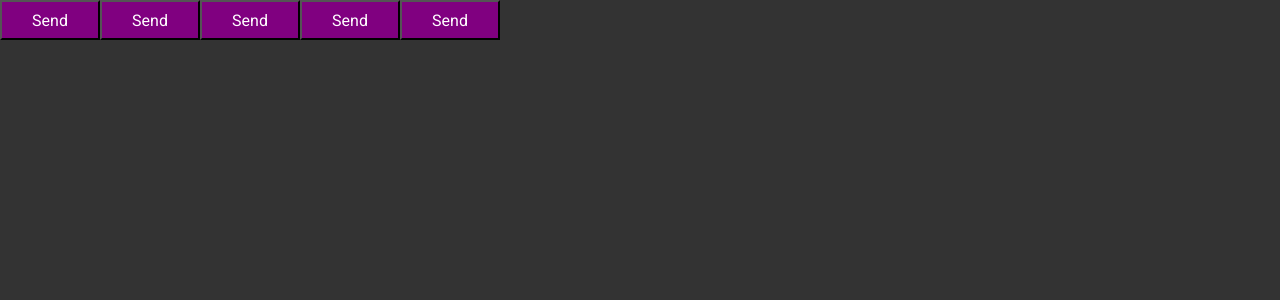
Repository: JoseGu1llardi/ignite-timer
Page: /
An editor plug-in stored every save of this project. The page is shown before and after the next save, followed by the edit.
The browser window is 1280 px wide. The pictures show the whole page.
The project was rebuilt for these pictures with package versions that can differ from the ones it lists, and the page was loaded fresh each time. Also part of the build but not shown: vite.config.ts.

Above is the page before, as saved 2023-03-17 22:01:41.

After the next save:
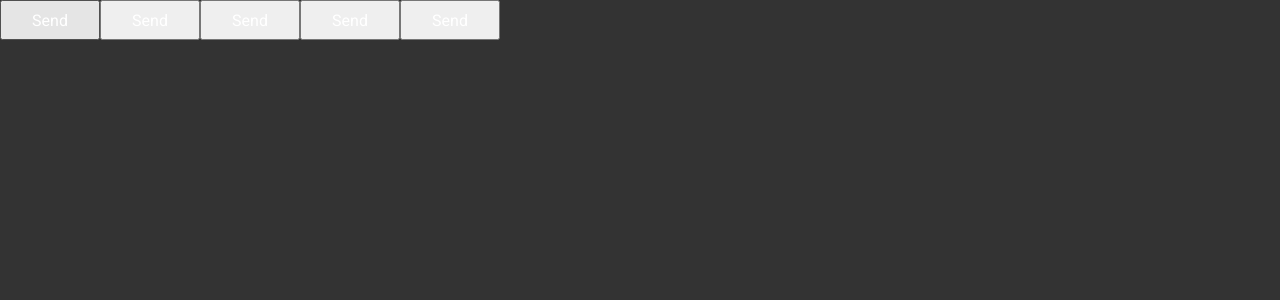
Saved 91 s later.
--- a/src/styles/themes/default.ts
+++ b/src/styles/themes/default.ts
@@ -1,5 +1,21 @@
 export const defaultTheme = {
-    white: "#FFFFFF",
-    primary: "purple",
-    secondary: "orange",
+    white: '#FFF',
+
+    'gray-100': '#E1E1E6',
+    'gray-300': '#C4C4CC',
+    'gray-400': '#8D8D99',
+    'gray-500': '#7C7C8A',
+    'gray-600': '#323238',
+    'gray-700': '#29292E',
+    'gray-800': '#202024',
+    'gray-900': '#121214',
+
+    'green-300': '#00B37E',
+    'green-500': '#00875F',
+    'green-700': '#015F43',
+
+    'red-500': '#AB222E',
+    'red-700': '#7A1921',
+
+    'yellow-500': '#FBA94C',
 }
